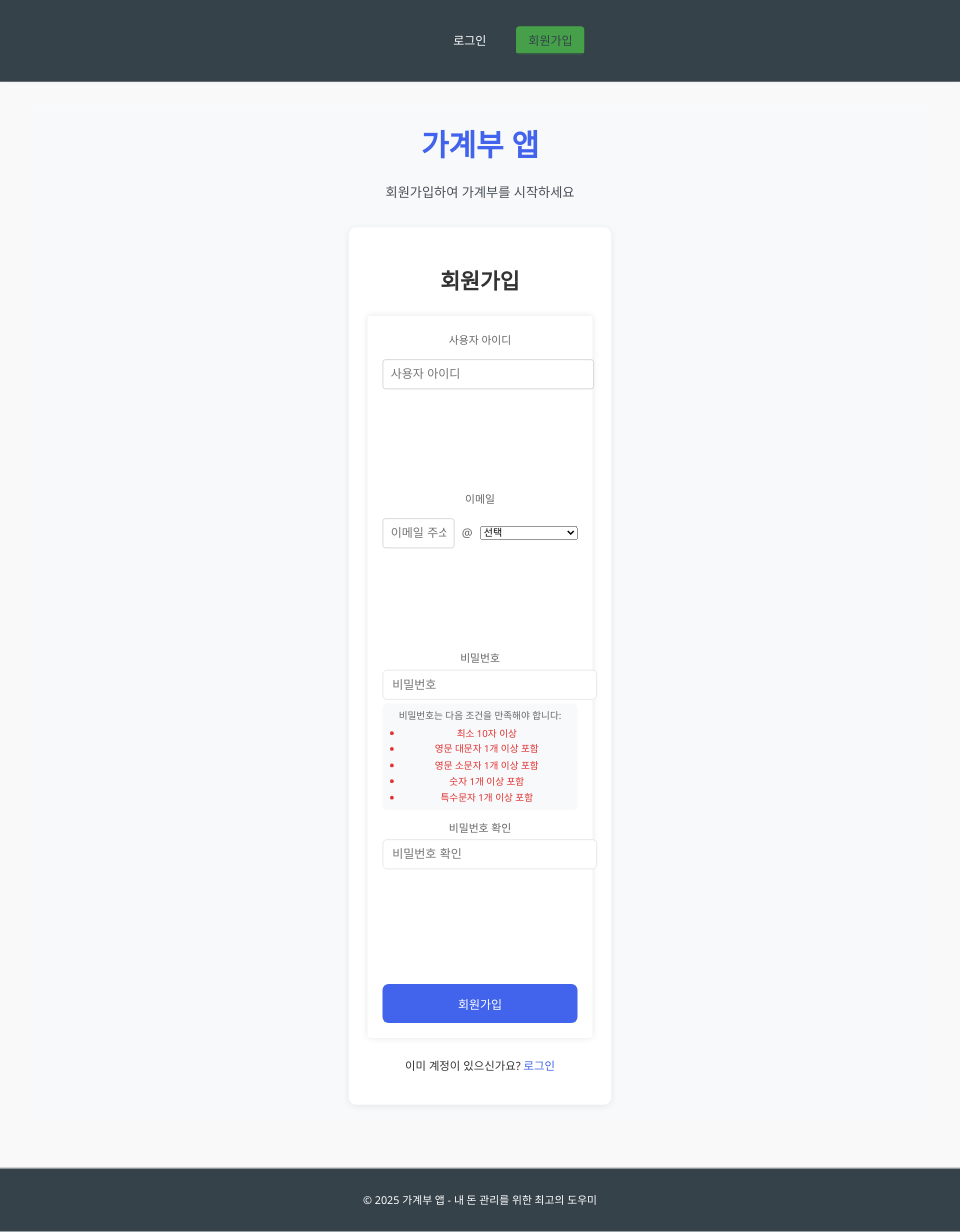
Repository: dldnwls07/Register_Login_Form
Page: /register
The author's editor kept a copy of each file at every save. The page is drawn from the files as they stood at one save, then again after the next save.
The browser window is 1280 px wide. The pictures show the whole page, at 75% of full size.
The project was rebuilt for these pictures with package versions that can differ from the ones it lists, and the page was loaded fresh each time. Also part of the build but not shown: src/components/Summary.jsx, src/styles/pages/MainPage.css, src/pages/MainPage.jsx, src/utils/categoryData.js, src/components/CategorySelector.jsx, src/components/EntryForm.jsx, src/components/EntryTable.jsx, src/components/SearchBar.jsx and 15 more.

Above is the page before, as saved 2025-05-23 14:10:53.

After the next save:
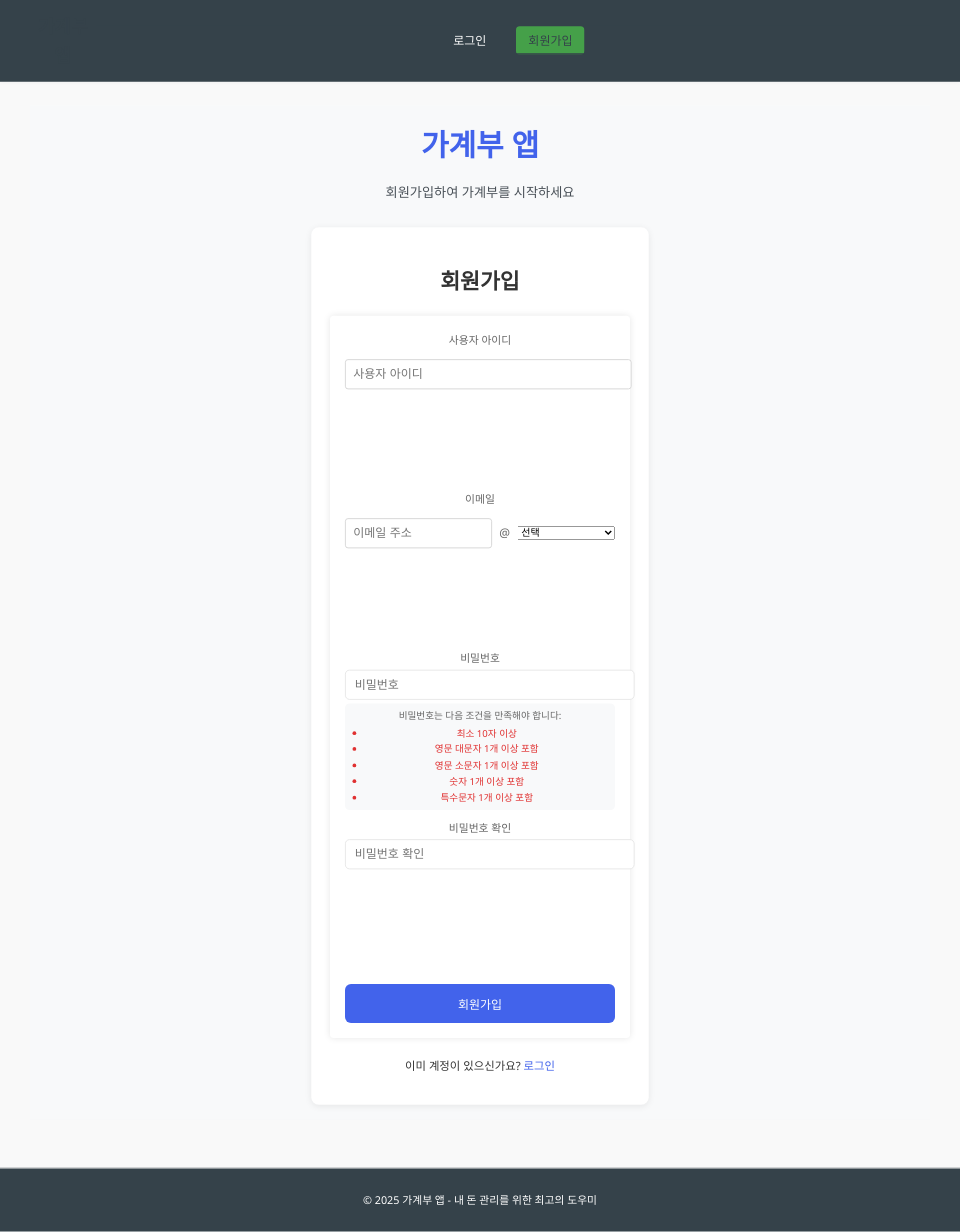
Saved 20 s later.
--- a/src/styles/components/AuthForm.css
+++ b/src/styles/components/AuthForm.css
@@ -1,7 +1,7 @@
 /* 인증 폼 스타일 (로그인/회원가입) */
 
 .auth-form-container {
-  max-width: 300px;
+  max-width: 400px;
   margin: 0 auto;
   padding: 25px;
   background-color: #fff;
